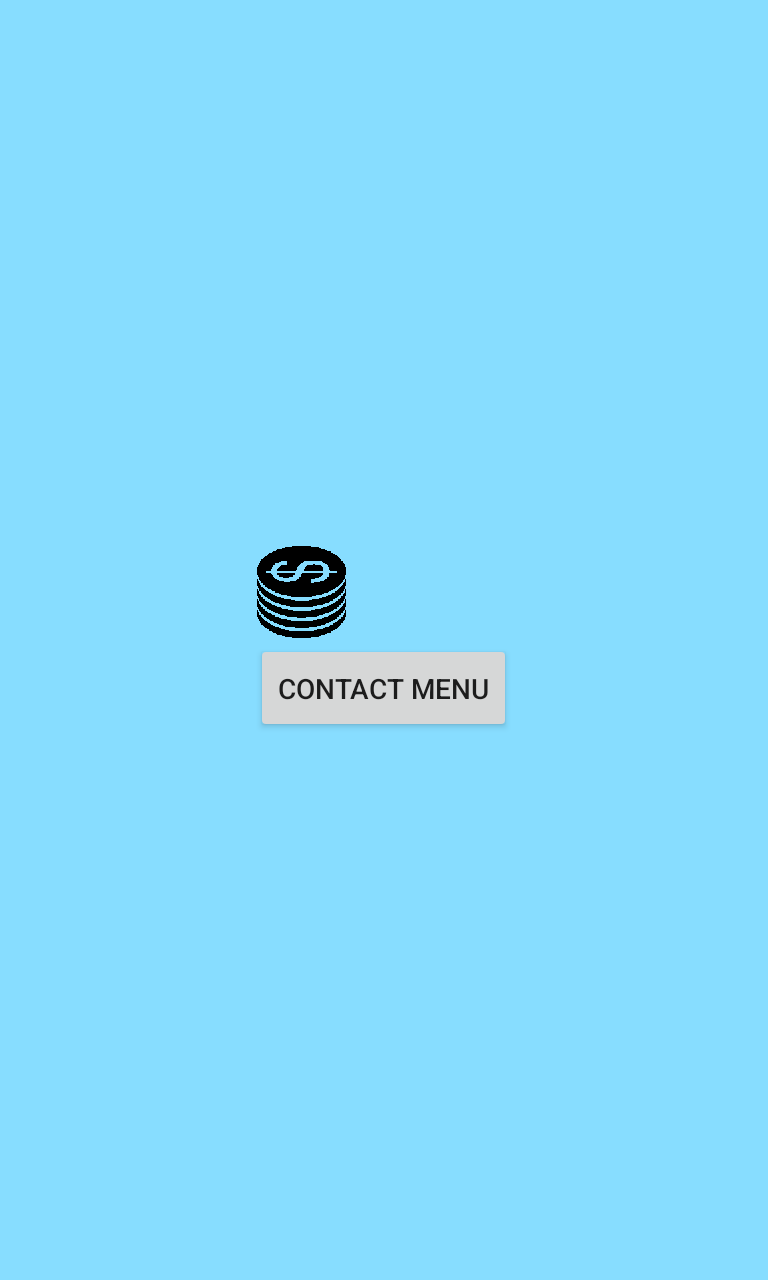
Repository: wisingd/Dajoroli
Layout: Workspace/SplitIt/res/layout/fragment_main.xml
The author's editor kept a copy of each file at every save. The layout is drawn from the files as they stood at one save, then again after the next save.
It is drawn on a 768 x 1280 px phone screen (xhdpi) without system bars, with theme AppTheme; the app's code is not run.

Above is the layout before, as saved 2014-05-17 09:46:41.

### Workspace/SplitIt/res/layout/fragment_main.xml
<?xml version="1.0" encoding="utf-8"?>
<RelativeLayout xmlns:android="http://schemas.android.com/apk/res/android"
    xmlns:tools="http://schemas.android.com/tools"
    android:layout_width="match_parent"
    android:layout_height="match_parent"
    android:paddingLeft="16dp"
    android:paddingRight="16dp"
    android:background = "#87DDFF">

    <LinearLayout
        android:layout_width="wrap_content"
        android:layout_height="wrap_content"
        android:orientation="vertical"
        android:layout_centerVertical="true"
        android:layout_centerHorizontal="true"
        >

        <ImageButton
            android:layout_width="wrap_content"
            android:layout_height="wrap_content"
            android:onClick="startDebtMenu"
            android:src="@drawable/coins8"
            android:background="@android:color/transparent"/>

        <Button
            android:layout_width="wrap_content"
            android:layout_height="wrap_content"
            android:onClick="startContactMenu"
            android:text="@string/startContactMenu" />



    </LinearLayout>

</RelativeLayout>

### Workspace/SplitIt/res/values/strings.xml
<?xml version="1.0" encoding="utf-8"?>
<resources>

    <string name="app_name">Split It</string>
    <string name="action_settings">Settings</string>
    <string name="contact_name">Contact name</string>
    <string name="button_create_contact">Create contact!</string>
    <string name="title_activity_display_message">New Activity</string>
    <string name="information_text">Amount to the left, contact to the right</string>
    <string name="view_contacts">View contacts</string>
    <string name="amount">Amount</string>
    <string name="contact">Name</string>
    <string name="they_owe_me">They owe me</string>
    <string name="i_owe_them">I owe them</string>
    <string name="startDebtMenu">Debt menu</string>
    <string name="startContactMenu">Contact menu</string>
    <string name="number">Contact phone number</string>
    <string name="erase_contacts">Erase contacts</string>
    <string name="name">Name</string>
    <string name="split_debt">Split a debt</string>
    <string name="title_activity_split_adebt">SplitADebt</string>
    <string name="hello_world">Hello world!</string>
    <string name="splitOnThree">Split on these contacts!</string>
    <string name="title_activity_daniels_test">DanielsTest</string>

</resources>

Loaded but not shown: Workspace/SplitIt/res/values/styles.xml (common file); Workspace/SplitIt/res/values-v11/styles.xml (common file); Workspace/SplitIt/res/values-v14/styles.xml (common file)

After the next save:
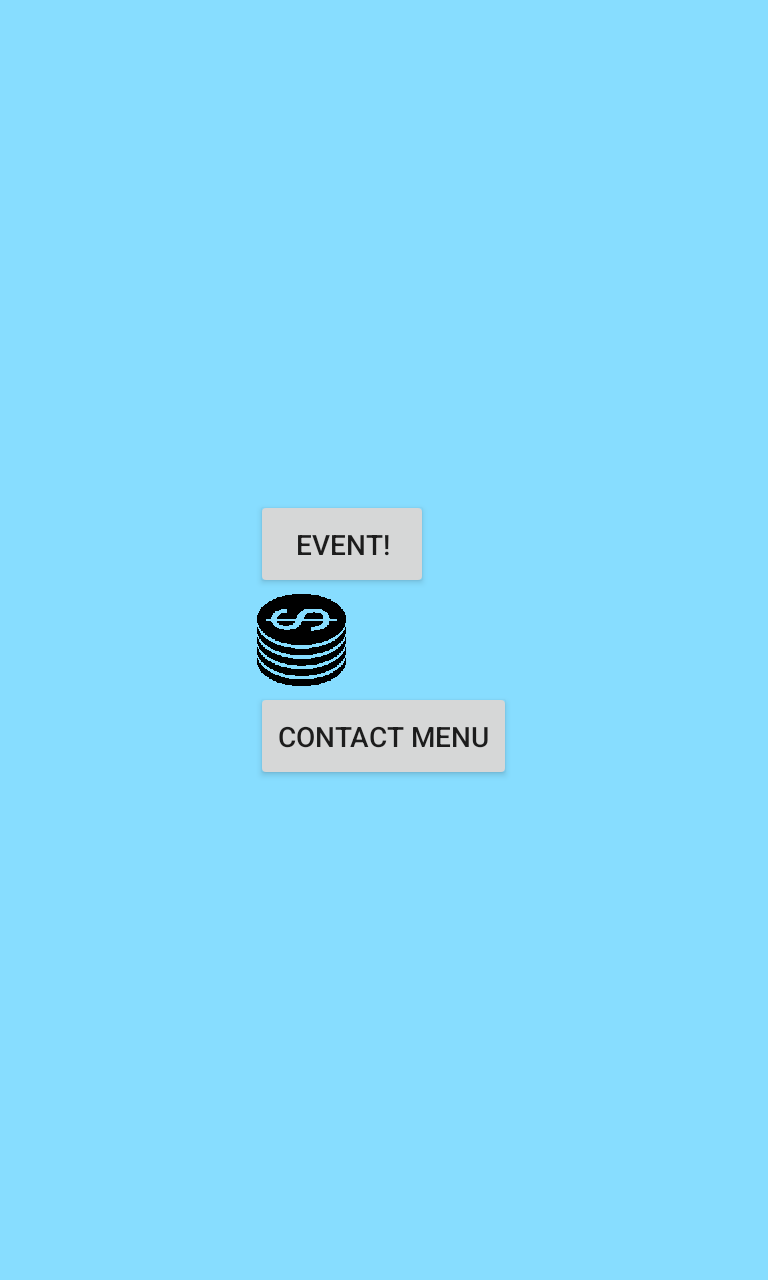
Saved 5 min 36 s later.
--- a/Workspace/SplitIt/res/layout/fragment_main.xml
+++ b/Workspace/SplitIt/res/layout/fragment_main.xml
@@ -14,6 +14,15 @@
         android:layout_centerVertical="true"
         android:layout_centerHorizontal="true"
         >
+
+        <Button
+            android:layout_width="wrap_content"
+            android:layout_height="wrap_content"
+            android:onClick="startEvent"
+            android:text="@string/startEvent"
+
+
+            />
 
         <ImageButton
             android:layout_width="wrap_content"
--- a/Workspace/SplitIt/res/values/strings.xml
+++ b/Workspace/SplitIt/res/values/strings.xml
@@ -22,5 +22,6 @@
     <string name="hello_world">Hello world!</string>
     <string name="splitOnThree">Split on these contacts!</string>
     <string name="title_activity_daniels_test">DanielsTest</string>
+    <string name="startEvent">Event!</string>
 
 </resources>
